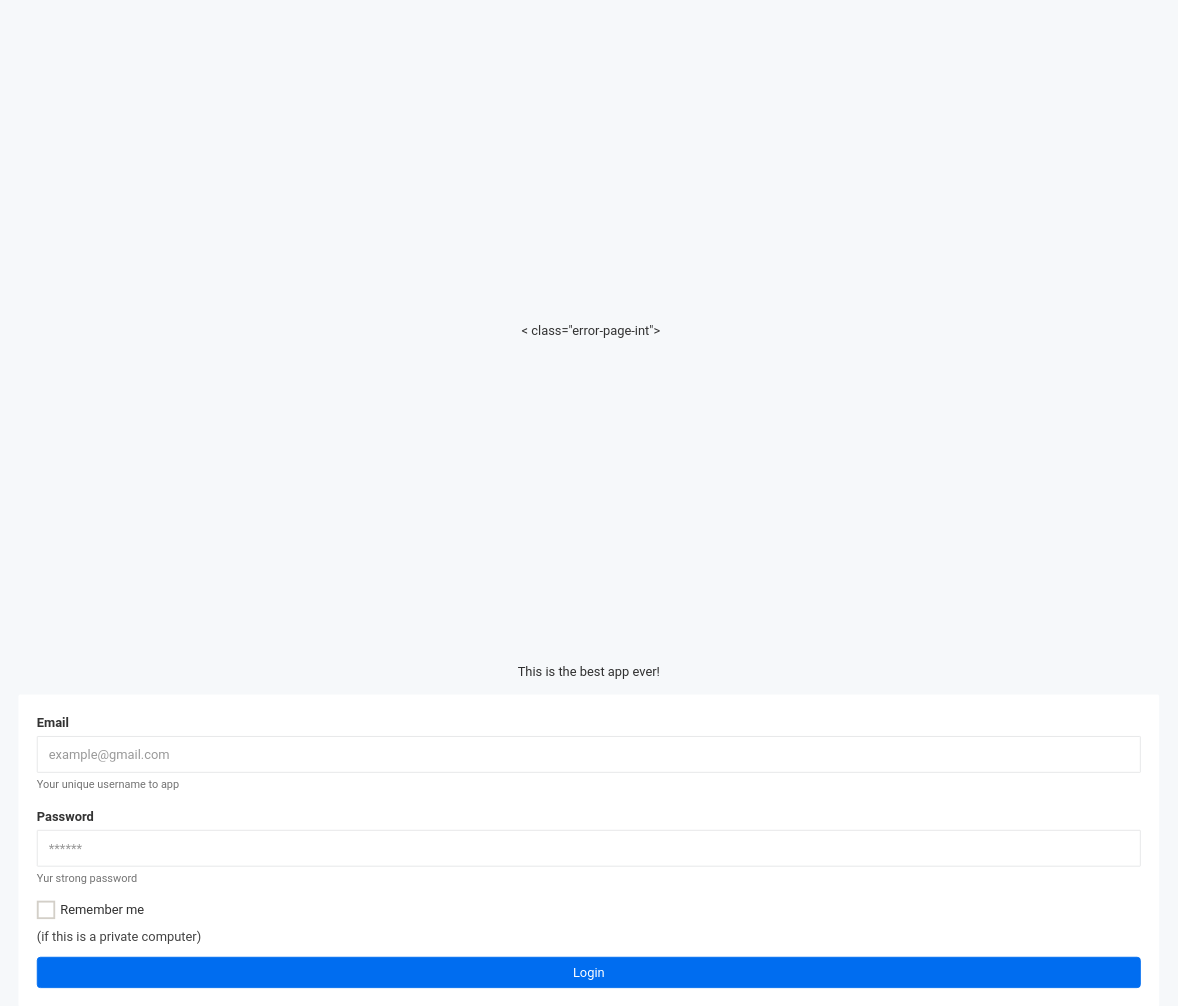
Repository: walterjnr1/crowdfunding-system
Page: http://localhost/Admin/login.php
These files come from the project's save history. The page is drawn as it stood at one moment and after the next save; the edit follows.
The browser window is 1280 px wide. The pictures show the whole page, at 92% of full size.
Some web fonts or font styles are not loaded; a fallback is used. The page is run by PHP 8.4 with error messages shown; the project is at /var/www/html/.

Above is the page before, as saved 2025-02-20 12:05:45.

After the next save:
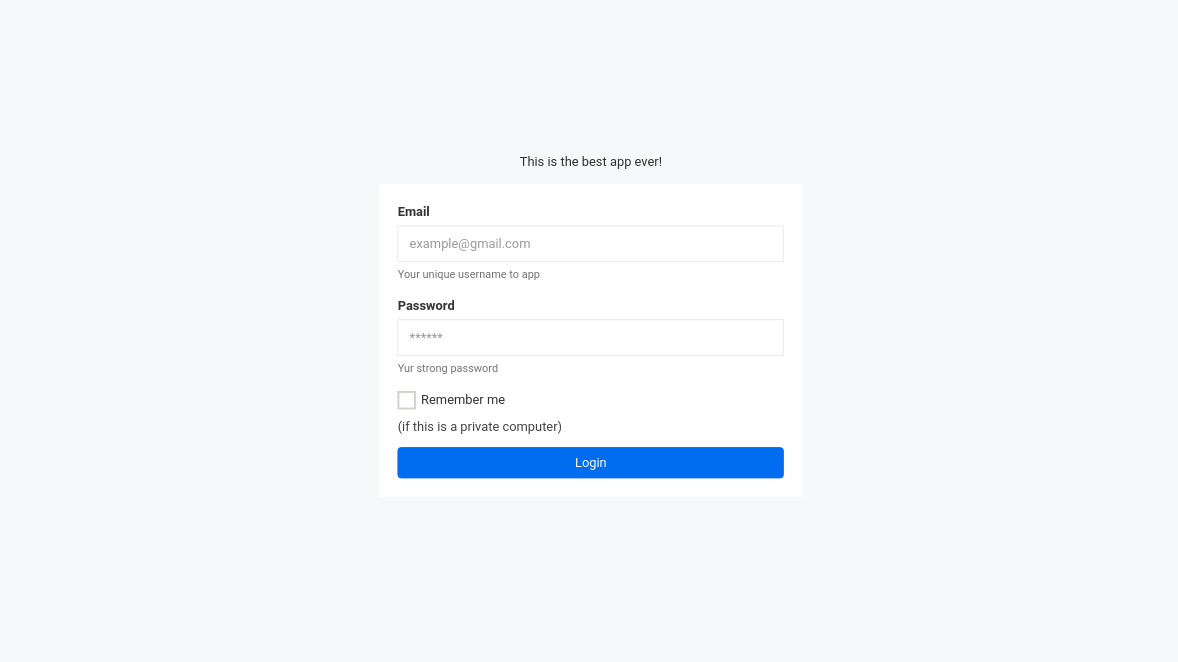
Saved 12 s later.
--- a/Admin/login.php
+++ b/Admin/login.php
@@ -66,7 +66,7 @@
 		<p class="browserupgrade">You are using an <strong>outdated</strong> browser. Please <a href="http://browsehappy.com/">upgrade your browser</a> to improve your experience.</p>
 	<![endif]-->
 	<div class="error-pagewrap">
-		< class="error-page-int">
+		<div class="error-page-int">
 			<div class="text-center m-b-md custom-login">
 				<p>This is the best app ever!</p>
 			</div>
@@ -94,7 +94,9 @@
                     </div>
                 </div>
 			</div>
-
+			<div class="text-center login-footer">
+<?php ?>
+			</div>
 		</div>
     </div>
     <!-- jquery
